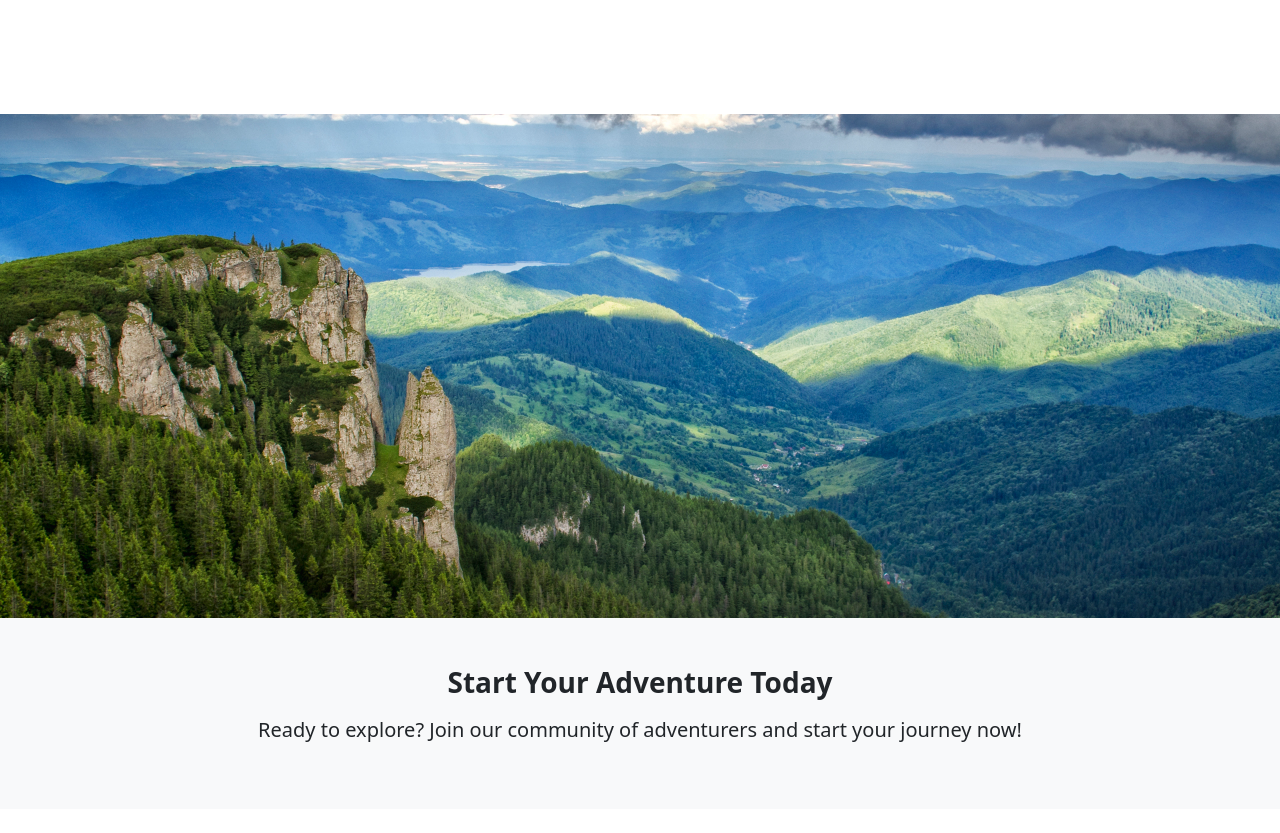
Repository: bettowww/TravelDSA
Page: /home
An editor plug-in stored every save of this project. The page is shown before and after the next save, followed by the edit.
The browser window is 1280 px wide. The pictures show the whole page.
The project was rebuilt for these pictures with package versions that can differ from the ones it lists, and the page was loaded fresh each time. The framework's server and built-in components were replaced by stand-ins that run in the browser. Also part of the build but not shown: next.config.mjs.

Above is the page before, as saved 2024-12-10 14:17:37.

After the next save:
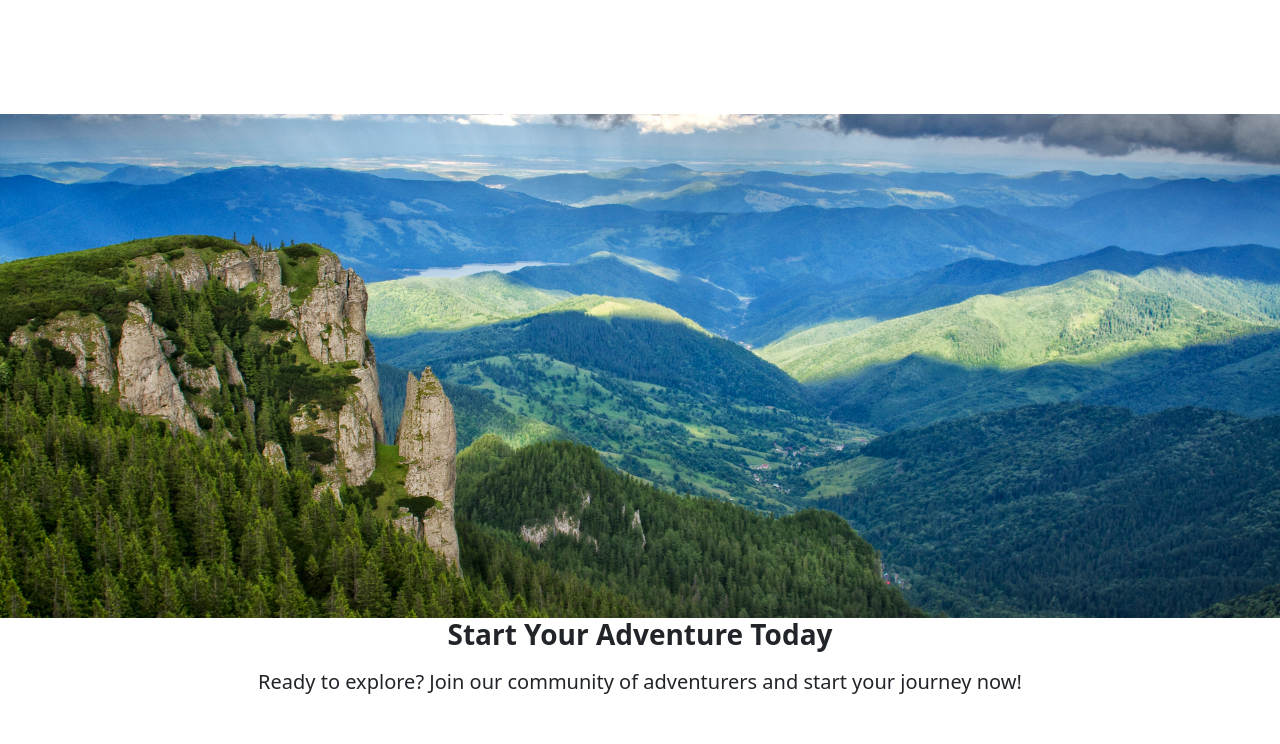
Saved 2 min 39 s later.
--- a/app/home/page.jsx
+++ b/app/home/page.jsx
@@ -36,7 +36,7 @@ const HomePage = () => {
       </section>
 
       {/* Call to Action Section */}
-      <section className="py-5 bg-light">
+      <section>
         <div className="container text-center">
           <h3 className="fw-bold mb-3">Start Your Adventure Today</h3>
           <p className="lead">
@@ -48,7 +48,7 @@ const HomePage = () => {
 
       {/* Footer */}
       <footer>
-        <div className="container">
+        <div>
           <p className="m-0 text-center text-white">
             Copyright &copy; TravelDSA 2024. All rights reserved.
           </p>
